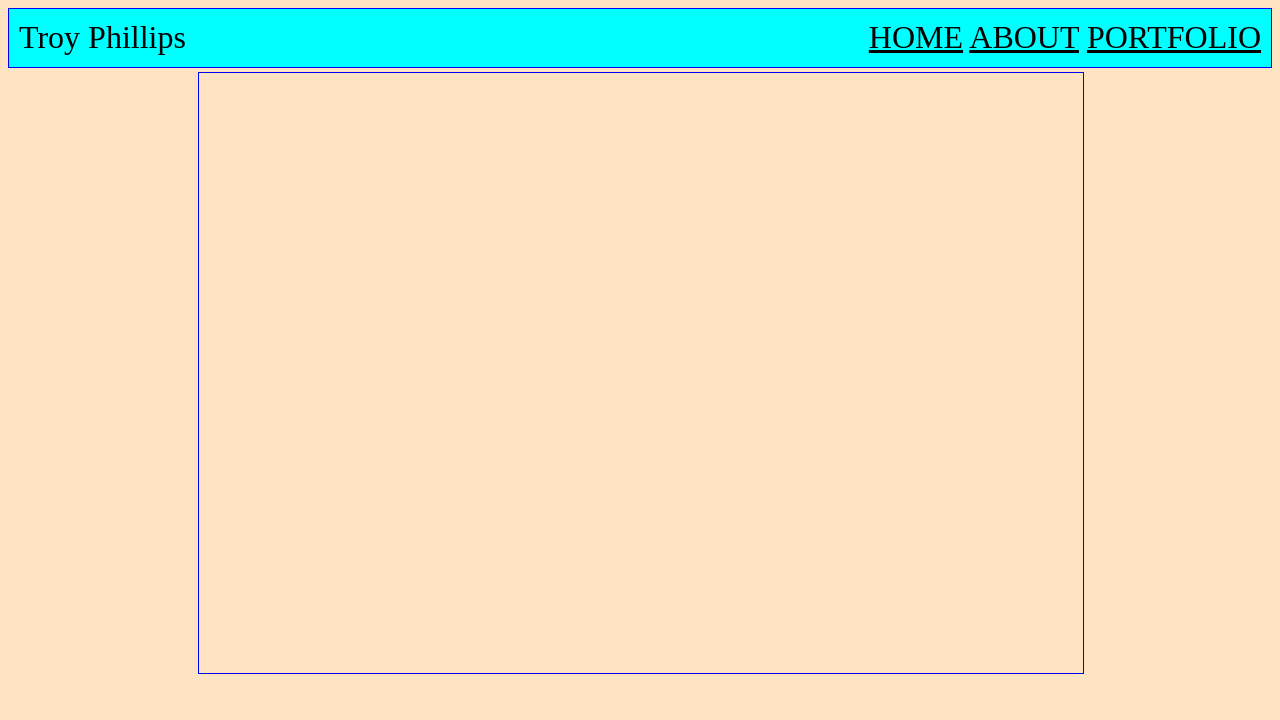
Repository: TheTroyPhillips/Personal-website
Page: portfolio.html
The author's editor kept a copy of each file at every save. The page is drawn from the files as they stood at one save, then again after the next save.
The browser window is 1280 px wide. The pictures show the whole page.

Above is the page before, as saved 2023-09-10 22:32:20.

After the next save:
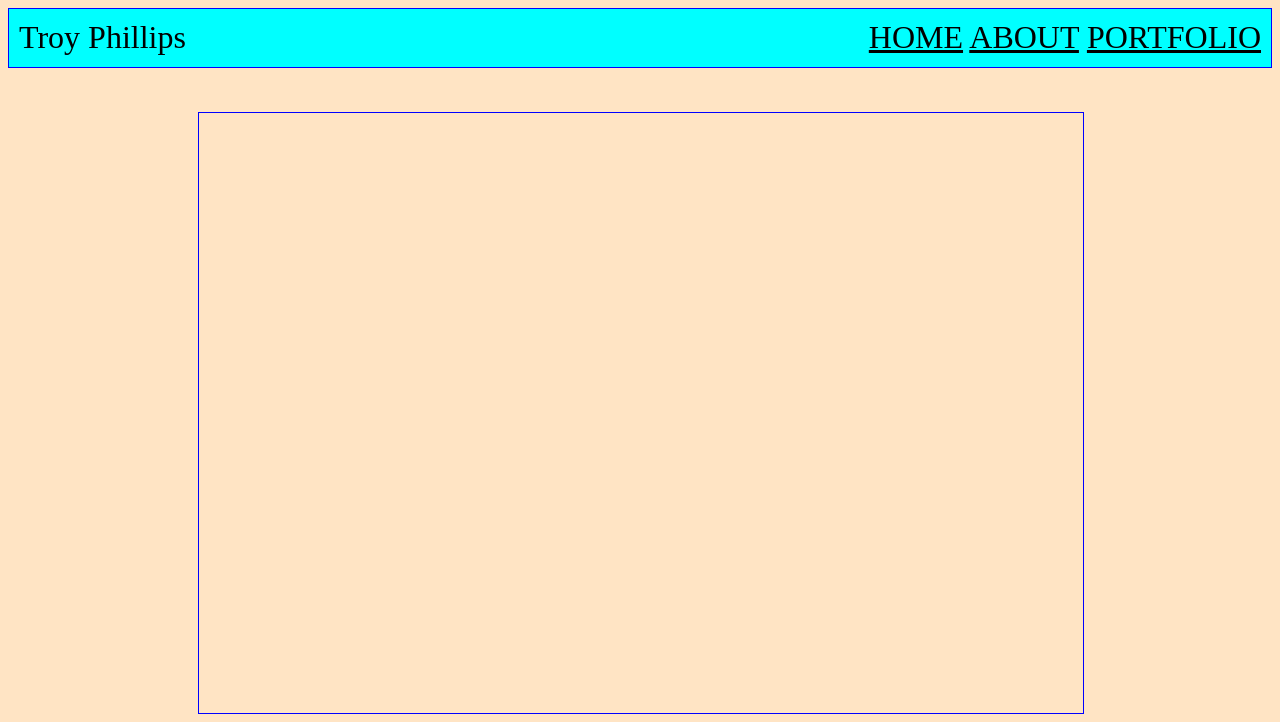
Saved 33 s later.
--- a/portfolio.html
+++ b/portfolio.html
@@ -16,6 +16,7 @@
             <a href="/about.html">ABOUT</a>
             <a href="/portfolio.html">PORTFOLIO</a>
         </div>
+        <h2></h2>
         <div class="childc">
 
         </div>
